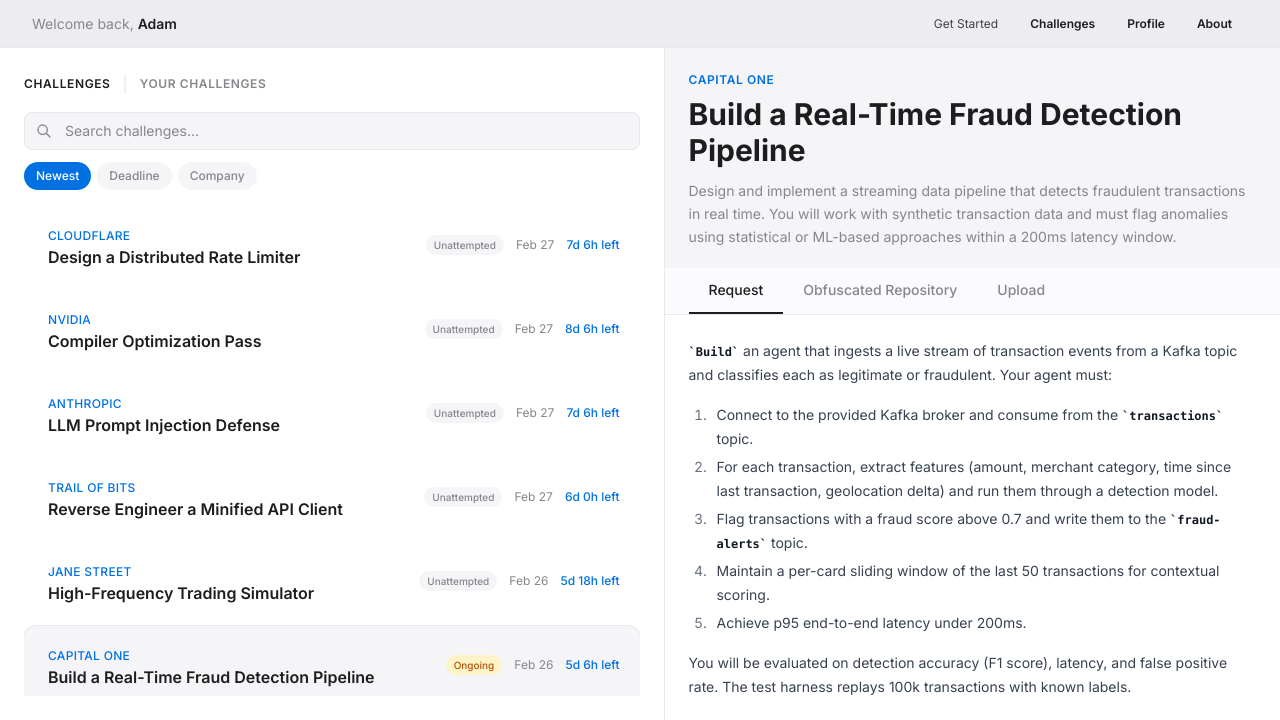
Repository: Ypout07/raikes-hacks
Page: / (app in web/)
These files come from the project's save history. The page is drawn as it stood at one moment and after the next save; the edit follows.
The browser window is 1280 px wide. The pictures show the whole page.
An inner scrolling area shows only its first screen. The project was rebuilt for these pictures with package versions that can differ from the ones it lists, and the page was loaded fresh each time. The framework's server and built-in components were replaced by stand-ins that run in the browser. Also part of the build but not shown: web/next.config.ts.

Above is the page before, as saved 2026-02-28 21:56:13.

After the next save:
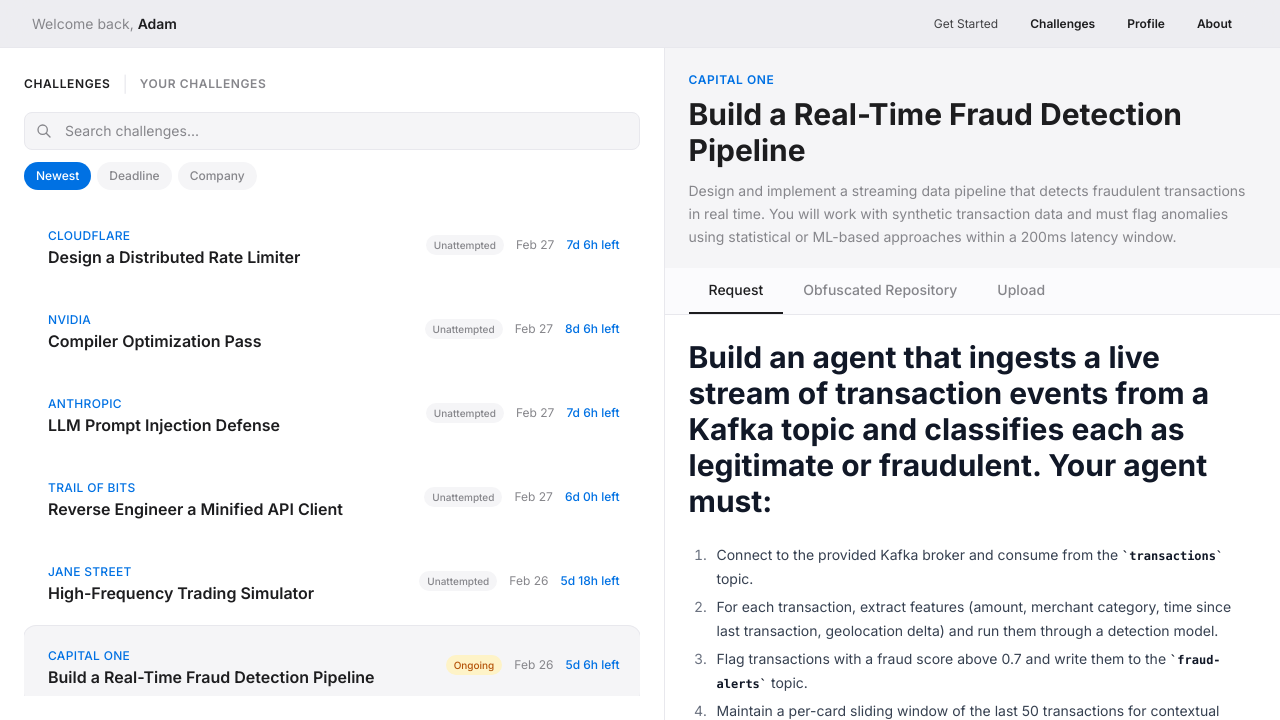
Saved 14 s later.
--- a/web/src/lib/mockChallenges.ts
+++ b/web/src/lib/mockChallenges.ts
@@ -8,7 +8,7 @@
         description:
             "Design and implement a streaming data pipeline that detects fraudulent transactions in real time. You will work with synthetic transaction data and must flag anomalies using statistical or ML-based approaches within a 200ms latency window.",
         request:
-            "`Build` an agent that ingests a live stream of transaction events from a Kafka topic and classifies each as legitimate or fraudulent. Your agent must:\n\n1. Connect to the provided Kafka broker and consume from the `transactions` topic.\n2. For each transaction, extract features (amount, merchant category, time since last transaction, geolocation delta) and run them through a detection model.\n3. Flag transactions with a fraud score above 0.7 and write them to the `fraud-alerts` topic.\n4. Maintain a per-card sliding window of the last 50 transactions for contextual scoring.\n5. Achieve p95 end-to-end latency under 200ms.\n\nYou will be evaluated on detection accuracy (F1 score), latency, and false positive rate. The test harness replays 100k transactions with known labels.",
+            "# Build an agent that ingests a live stream of transaction events from a Kafka topic and classifies each as legitimate or fraudulent. Your agent must:\n\n1. Connect to the provided Kafka broker and consume from the `transactions` topic.\n2. For each transaction, extract features (amount, merchant category, time since last transaction, geolocation delta) and run them through a detection model.\n3. Flag transactions with a fraud score above 0.7 and write them to the `fraud-alerts` topic.\n4. Maintain a per-card sliding window of the last 50 transactions for contextual scoring.\n5. Achieve p95 end-to-end latency under 200ms.\n\nYou will be evaluated on detection accuracy (F1 score), latency, and false positive rate. The test harness replays 100k transactions with known labels.",
         postedAt: "2026-02-26T10:00:00Z",
         deadline: "2026-03-05T23:59:00Z",
         status: "ongoing",
